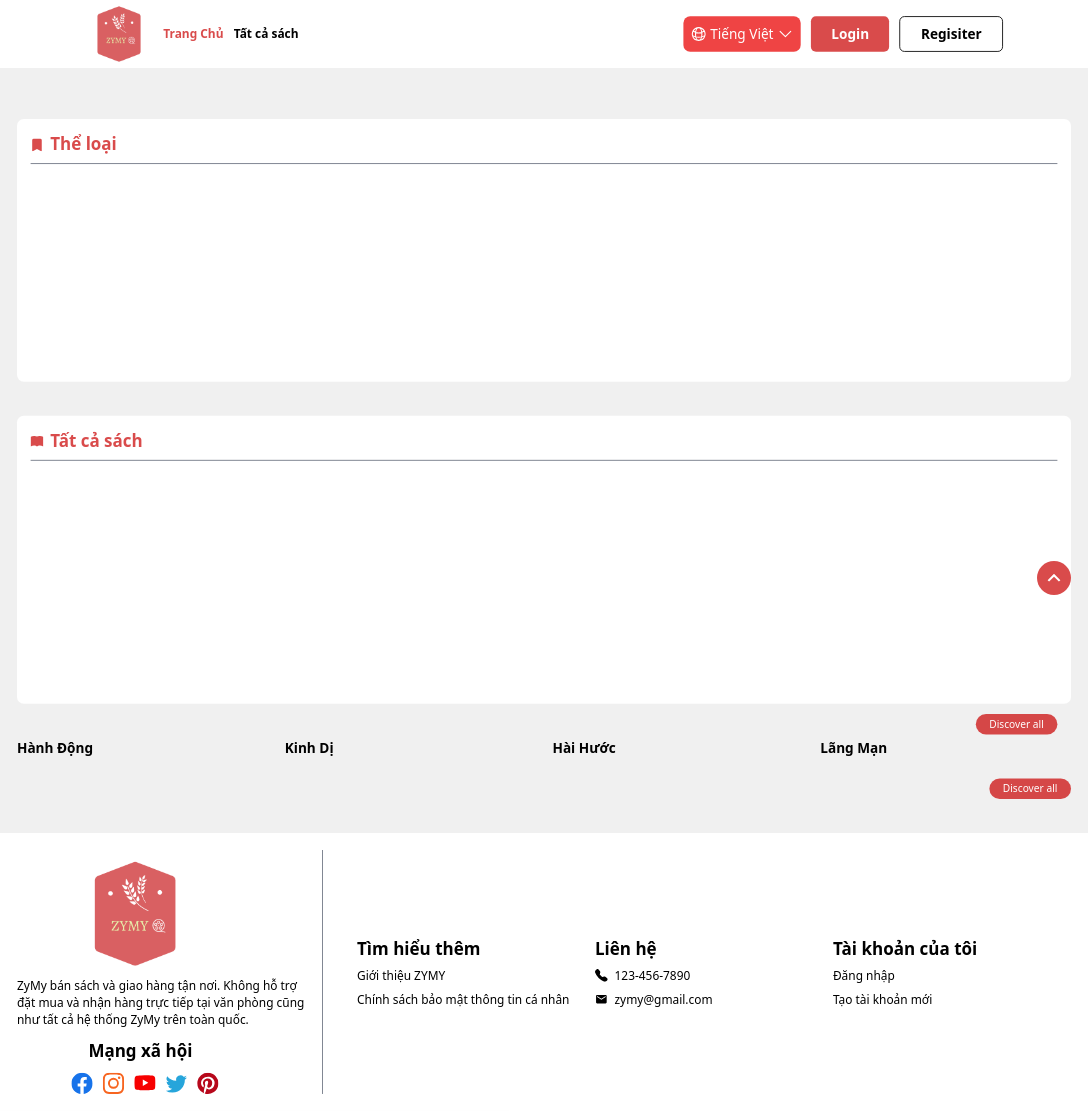
Repository: NguyenDinhThuyVy/website_selling_books
Page: / (app in FrontEnd/)
The author's editor kept a copy of each file at every save. The page is drawn from the files as they stood at one save, then again after the next save.
The browser window is 1280 px wide. The pictures show the whole page, at 85% of full size.
The page's requests for data from a server got no answer. The project was rebuilt for these pictures with package versions that can differ from the ones it lists, and the page was loaded fresh each time. Some packages were replaced by stand-ins written for this rebuild. The framework's server and built-in components were replaced by stand-ins that run in the browser. No one was signed in, and anything a server would have sent is missing. Also part of the build but not shown: FrontEnd/next.config.js, FrontEnd/src/components/InforLogin/styles.scss, FrontEnd/src/components/InforLogin/index.jsx, FrontEnd/src/app/(default)/(public)/home/components/CategoryColumn/CategoryColumnContent/index.jsx, FrontEnd/src/styles/CategoryItem.scss, FrontEnd/src/app/(default)/(public)/home/components/CategoryItem/index.jsx, FrontEnd/src/app/(default)/(public)/home/components/BannerItem/index.jsx, FrontEnd/src/styles/BookItem.scss and 1 more.

Above is the page before, as saved 2023-12-29 22:54:11.

After the next save:
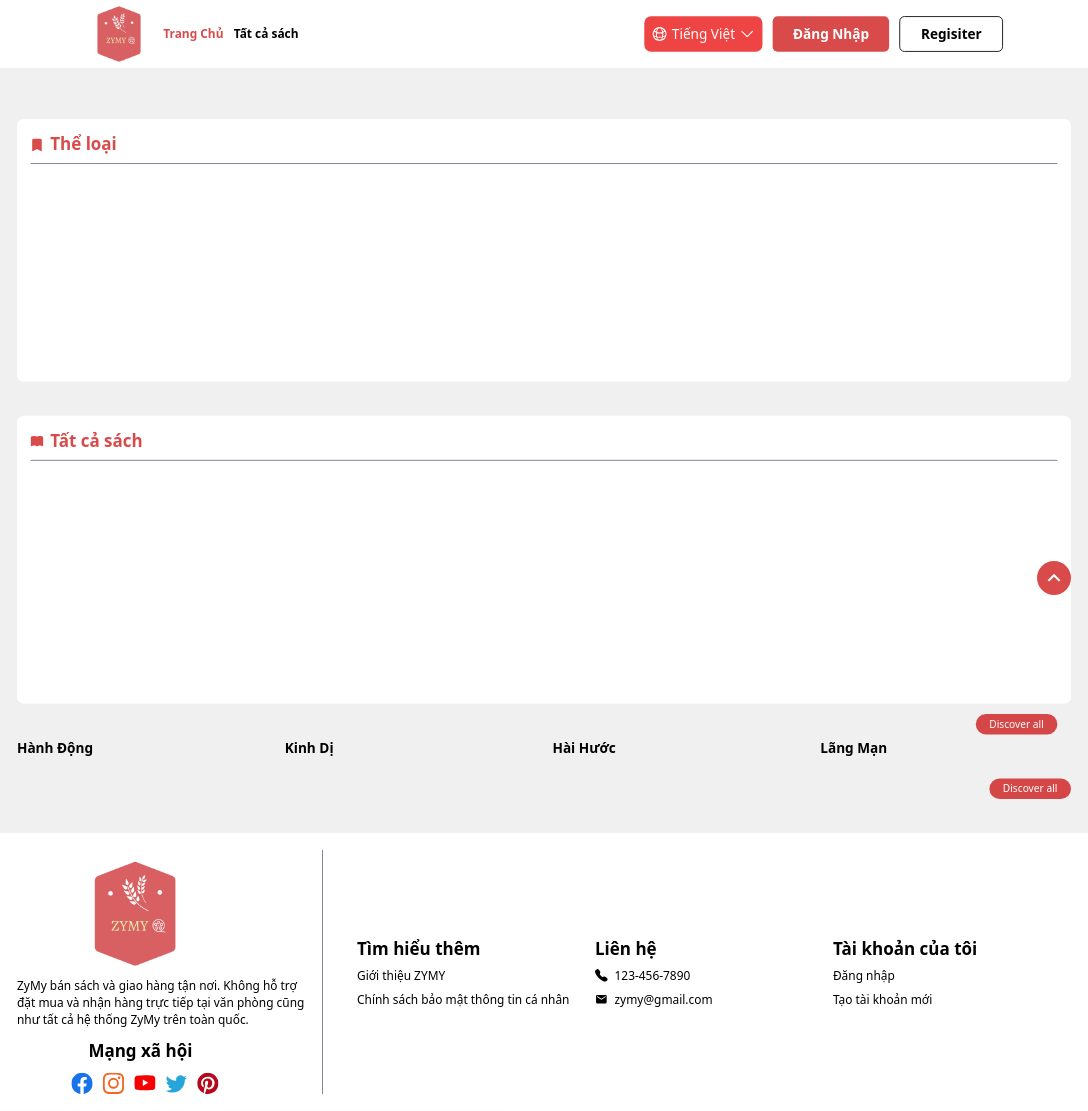
Saved 29 s later.
--- a/FrontEnd/src/components/layout/Header/index.jsx
+++ b/FrontEnd/src/components/layout/Header/index.jsx
@@ -146,7 +146,7 @@ export default function Header() {
             </Popover>
 
             <Button kind="primary" to={routes.LOGIN}>
-              Login
+              Đăng Nhập
             </Button>
             <Button kind="secondary" to={routes.REGISTER} isBorder={true}>
               Regisiter
